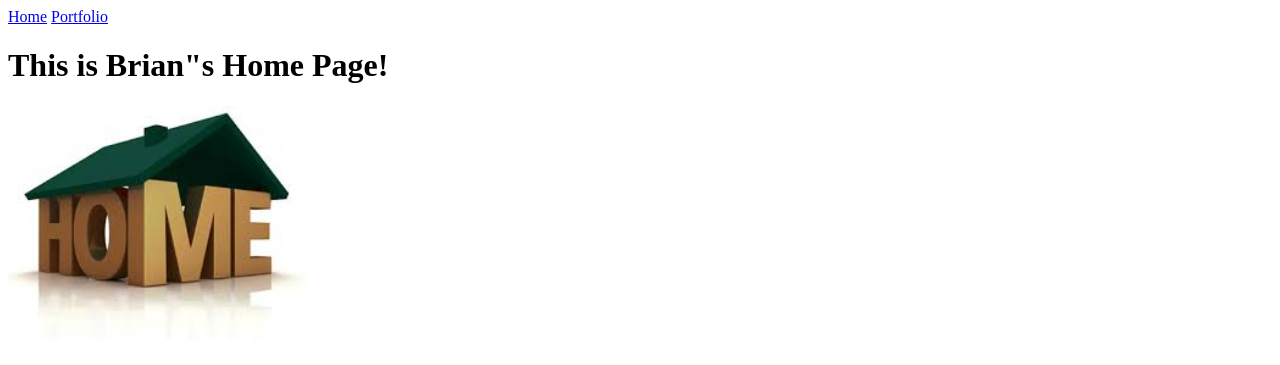
Repository: cartier-briian/cartier-briian.github.io
Page: my_website/Index.html
The author's editor kept a record of every edit. The page is drawn from the files as they stood at one moment, then again after the next edit.
The browser window is 1280 px wide. The pictures show the whole page.

Above is the page before.

### my_website/Index.html
<!doctype html>
	<html lang="en">
	  <head>
	    <meta charset="utf-8">
	    <title>Portfolio</title>
	  </head>
	  <body>
    <a href="index.html">Home</a>
    <a href="portfolio.html">Portfolio</a>

    <h1>This is Brian"s Home Page!</h1>
     <img src="images/home.jpg" height="250">
    </a>
	  </body>
	</html>

After the next edit:
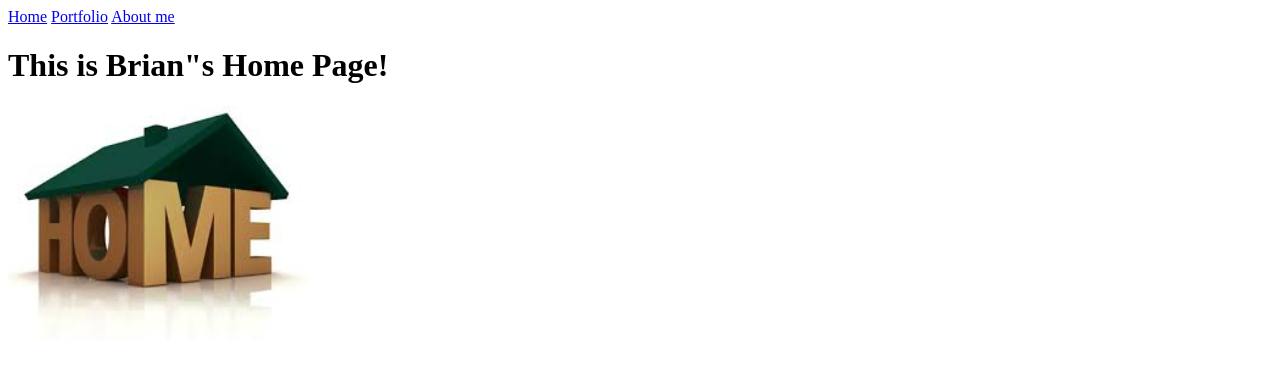
The edit:
--- a/my_website/Index.html
+++ b/my_website/Index.html
@@ -7,6 +7,7 @@
 	  <body>
     <a href="index.html">Home</a>
     <a href="portfolio.html">Portfolio</a>
+        <a href="About me.html">About me</a>
 
     <h1>This is Brian"s Home Page!</h1>
      <img src="images/home.jpg" height="250">
